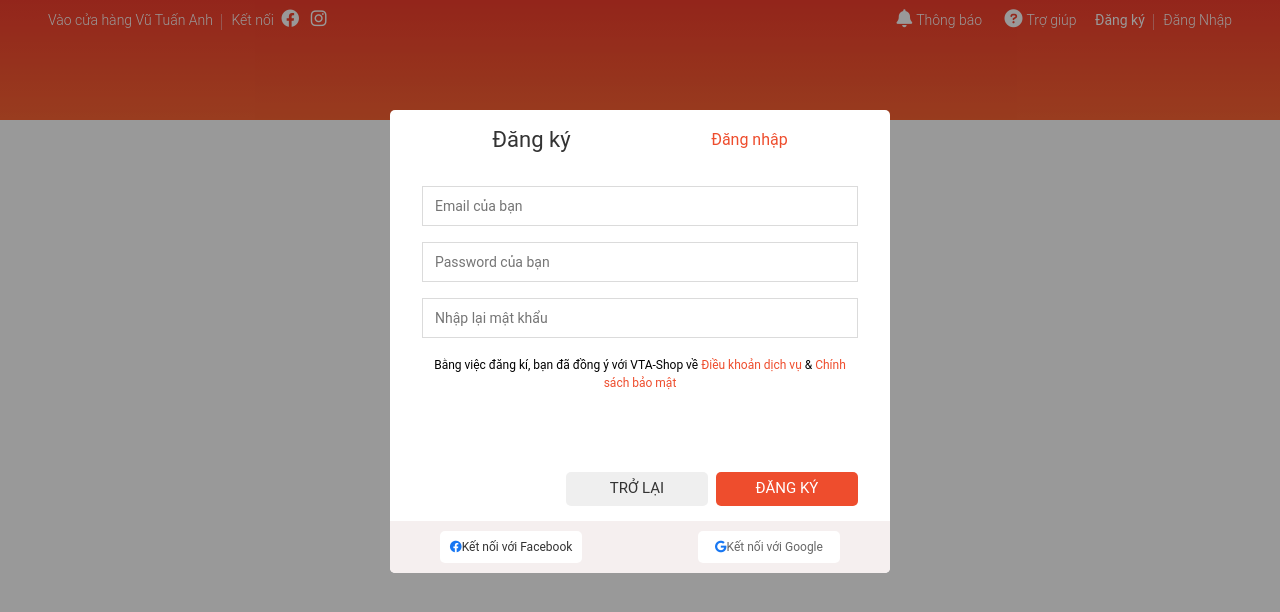
Repository: VuTuanAnh0949/Shopee
Page: index.html
The author's editor kept a copy of each file at every save. The page is drawn from the files as they stood at one save, then again after the next save.
The browser window is 1280 px wide. The pictures show the whole page.

Above is the page before, as saved 2022-02-16 14:05:23.

After the next save:
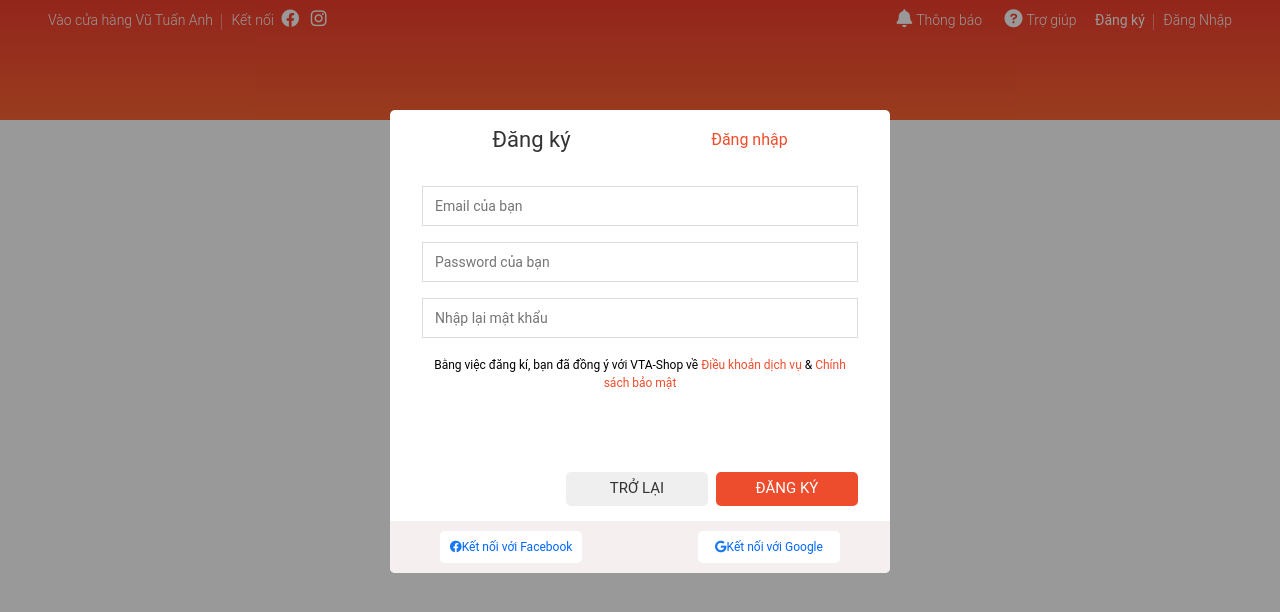
Saved 2 min 6 s later.
--- a/assets/css/main.css
+++ b/assets/css/main.css
@@ -291,7 +291,7 @@ border-color: #777;
   background-color:#f5efef  ;
   display: flex;
   justify-content: space-between;
-margin-top: 15px;
+  margin-top: 15px;
 
 }
 /* .auth-form__socials--facebook, */
@@ -300,6 +300,7 @@ color: #1877f2;
 }
 .auth-form__socials-title{
   margin-top: 0 36px;
+  color: #0066ff;
 }
 .auth-form__socials--google{
   color: #666;
